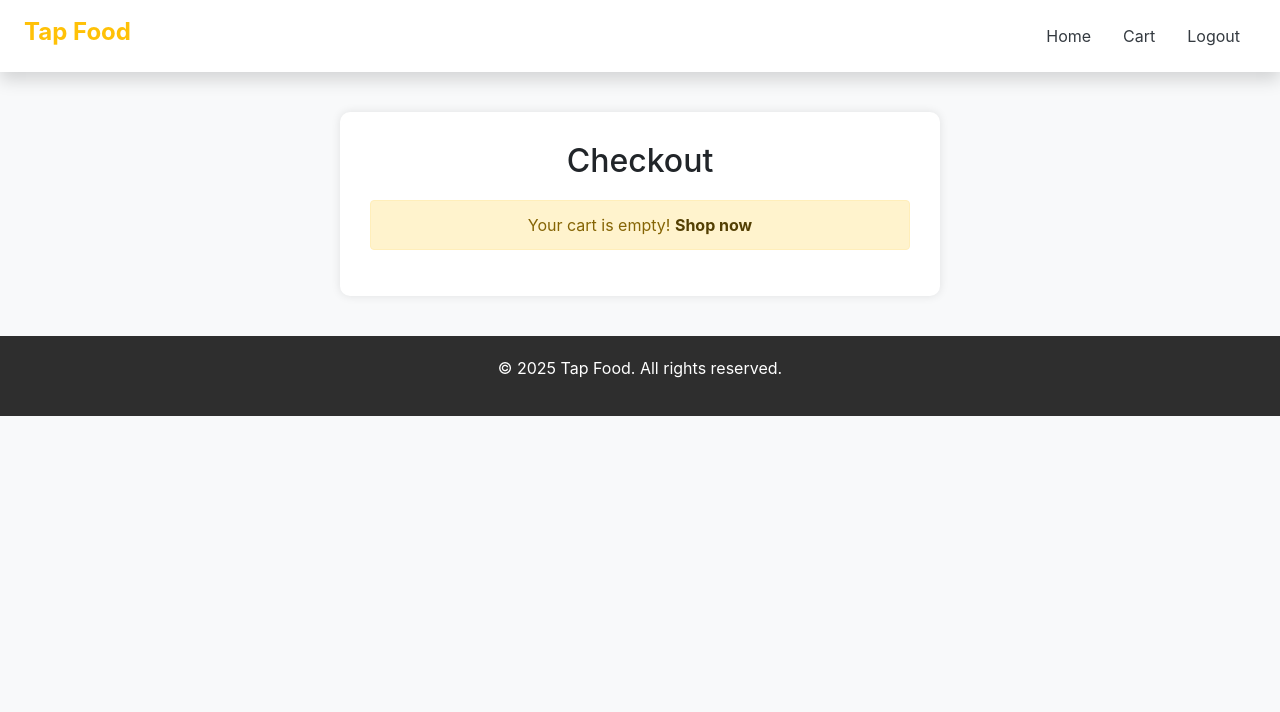
Repository: Rupeswarbhainsa777/Food-Web-App
Page: http://localhost/TapFoodApp/CheckOut.jsp
These files come from the project's save history. The page is drawn as it stood at one moment and after the next save; the edit follows.
The browser window is 1280 px wide. The pictures show the whole page.
The page is served by Tomcat 10.

Above is the page before, as saved 2025-04-28 12:47:47.

After the next save:
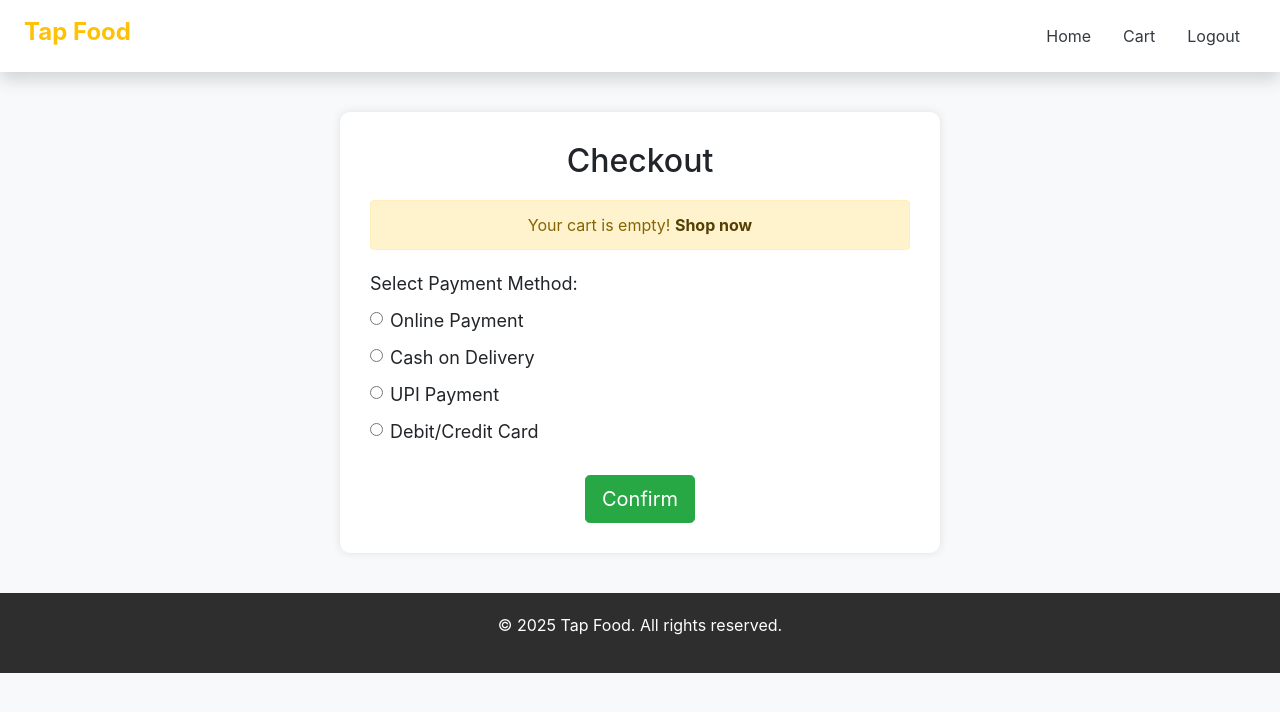
Saved 43 s later.
--- a/TapFoodApp/src/main/webapp/CheckOut.jsp
+++ b/TapFoodApp/src/main/webapp/CheckOut.jsp
@@ -37,34 +37,27 @@ h2 { margin-bottom: 20px; }
 <div class="checkout-container">
     <h2 class="text-center">Checkout</h2>
 
-    <%
-    Cart cart = (Cart) session.getAttribute("cart");
-    if (cart != null && !cart.getItems().isEmpty()) {
-    %>
-
     <form action="ChecketOutServlet" method="post">
-
-        <!-- Shipping Address Section -->
-        <h4>Shipping Address</h4>
-        <div class="form-group"><input type="text" class="form-control" name="fullName" placeholder="Full Name" required></div>
-        <div class="form-group"><input type="text" class="form-control" name="mobileNumber" placeholder="Mobile Number" required></div>
-        <div class="form-group"><textarea class="form-control" name="fullAddress" rows="3" placeholder="Full Address" required></textarea></div>
-        <div class="form-group"><input type="text" class="form-control" name="pincode" placeholder="Pincode" required></div>
-
-        <hr>
 
         <!-- Total Amount -->
         <%
+        Cart cart = (Cart) session.getAttribute("cart");
         double totalAmount = 0.0;
-        for (CartItem item : cart.getItems().values()) {
-            totalAmount += item.getPrice() * item.getQuantity();
-        }
+        if (cart != null && !cart.getItems().isEmpty()) {
+            for (CartItem item : cart.getItems().values()) {
+                totalAmount += item.getPrice() * item.getQuantity();
+            }
         %>
         <div class="form-group">
             <label>Total Amount:</label>
             <input type="text" class="form-control" value="₹<%= String.format("%.2f", totalAmount) %>" readonly>
             <input type="hidden" name="totalAmount" value="<%= totalAmount %>">
         </div>
+        <% } else { %>
+        <div class="alert alert-warning text-center">
+            Your cart is empty! <a href="home.jsp" class="alert-link">Shop now</a>
+        </div>
+        <% } %>
 
         <!-- Payment Methods -->
         <div class="payment-methods">
@@ -77,17 +70,10 @@ h2 { margin-bottom: 20px; }
 
         <!-- Place Order Button -->
         <div class="text-center place-order-btn">
-            <button type="submit" class="btn btn-success btn-lg">Place Order</button>
+            <button type="submit" class="btn btn-success btn-lg">Confirm</button>
         </div>
 
     </form>
-
-    <% } else { %>
-    <div class="alert alert-warning text-center">
-        Your cart is empty! <a href="home.jsp" class="alert-link">Shop now</a>
-    </div>
-    <% } %>
-
 </div>
 
 <footer class="footer">
